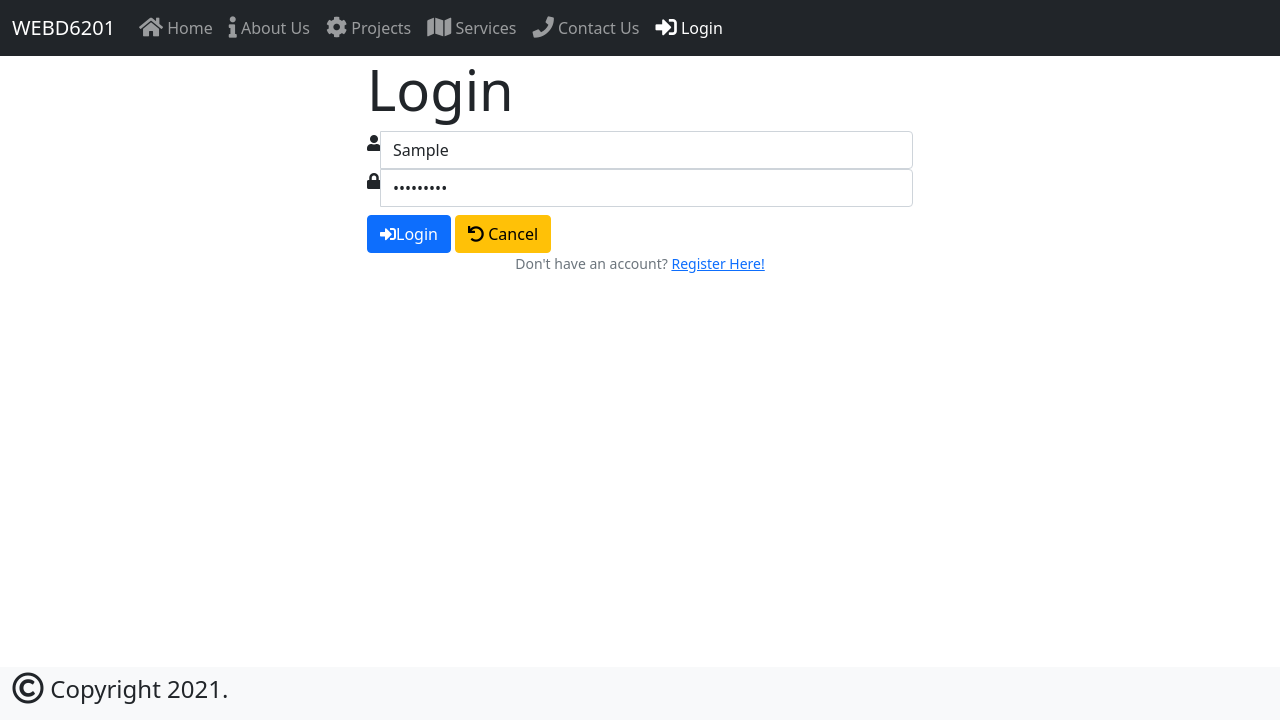
Repository: aphim/webd6201ICE6
Page: login.html
The author's editor kept a copy of each file at every save. The page is drawn from the files as they stood at one save, then again after the next save.
The browser window is 1280 px wide. The pictures show the whole page.
Empty fields were first filled with sample values (such as "Sample", 5 or name@example.com).
After loading, the first visible `#loginButton` was clicked once.

Above is the page before, as saved 2021-02-18 08:44:37.

### login.html
<!DOCTYPE html>
<html lang="en">
<head>
    <meta charset="UTF-8">
    <meta name="viewport" content="width=device-width, initial-scale=1.0">
    <title>Login</title>
    <!-- CSS Section -->
    <link rel="stylesheet" href="./node_modules/bootstrap/dist/css/bootstrap.min.css">
    <link rel="stylesheet" href="./node_modules/@fortawesome/fontawesome-free/css/all.min.css">
    <link rel="stylesheet" href="./Content/app.css">
</head>
<body>
    <!-- Main Header -->
    <header>
        <!-- Main Navigation -->
        <nav class="navbar navbar-expand-lg navbar-dark bg-dark">
            <div class="container-fluid">
              <a class="navbar-brand" href="index.html">WEBD6201</a>
              <button class="navbar-toggler" type="button" data-bs-toggle="collapse" data-bs-target="#navbarSupportedContent" aria-controls="navbarSupportedContent" aria-expanded="false" aria-label="Toggle navigation">
                <span class="navbar-toggler-icon"></span>
              </button>
              <div class="collapse navbar-collapse" id="navbarSupportedContent">
                <ul class="navbar-nav me-auto mb-2 mb-lg-0">
                  <li class="nav-item">
                    <a class="nav-link" aria-current="page" href="index.html"><i class="fas fa-home fa-lg"></i> Home</a>
                  </li>

                  <li class="nav-item">
                    <a class="nav-link" aria-current="page" href="about.html"><i class="fas fa-info fa-lg"></i> About Us</a>
                  </li>

                  <li class="nav-item">
                    <a class="nav-link" aria-current="page" href="projects.html"><i class="fas fa-cog fa-lg"></i> Projects</a>
                  </li>

                  <li class="nav-item">
                    <a class="nav-link" aria-current="page" href="services.html"><i class="fas fa-map fa-lg"></i> Services</a>
                  </li>

                  <li class="nav-item">
                    <a class="nav-link" aria-current="page" href="contact.html"><i class="fas fa-phone fa-lg"></i> Contact Us</a>
                  </li>
                  <li id="login" class="nav-item">
                    <a class="nav-link active" aria-current="page" href="login.html"><i class="fas fa-sign-in-alt fa-lg"></i> Login</a>
                  </li>
                </ul>
              </div>
            </div>
          </nav>
    </header>

    <!-- Main Content -->
    <main class="container" id="mainContent">
      <div class="row">
          <div class="offset-md-3 col-md-6 col-sm-12">
                <div class="login" id="contentArea">
                    <h1 class="display-4">Login</h1>
                    <div id="messageArea"></div>

                    <form id="loginForm" novalidate>
                      <div class="form-group">
                        <div class="input-group">
                          <span class="input-group-addon">
                            <i class="fa fa-user">
                            </i>
                          </span>
                          <input type="text" class="form-control" id="username" name="username"  required
                          value="" placeholder="Enter your username">
                        </div>

                      </div>

                      <div class="form-group mb-2">
                        <div class="input-group">
                          <span class="input-group-addon">
                            <i class="fa fa-lock">
                            </i>
                          </span>
                          <input type="password" class="form-control" id="password" name="password"  required
                          value="" placeholder="Enter your password">
                        </div>

                      </div>
                      <div class="text-right">
                        <button id="loginButton" type="button" class="btn btn-primary"><i class="fas fa-sign-in-alt"></i>Login</button>
                        <button id="cancelButton" type="button" class="btn btn-warning"><i class="fas fa-undo"></i> Cancel</button>
                      </div>
                    </form>

                </div>
                <p class="text-center text-muted small">
                  Don't have an account?
                  <a href="register.html">Register Here!</a>
                </p>
          </div>
      </div>
  </main>

    <!-- Main Footer -->
    <footer>
        <nav class="navbar fixed-bottom navbar-light bg-light">
            <div class="container-fluid">
              <h4><i class="far fa-copyright fa-lg"></i> Copyright 2021.</h4>
            </div>
          </nav>
    </footer>

    <!-- Script Section-->
    <script src="./node_modules/jquery/dist/jquery.min.js"></script>
    <script src="./node_modules/bootstrap/dist/js/bootstrap.bundle.min.js"></script>

    <script src="./Scripts/namespace.js"></script>
    <script src="./Scripts/user.js"></script>
    <script src="./Scripts/app.js"></script>
</body>
</html>

### Scripts/namespace.js

//namespace core
let core;

### Scripts/user.js
"use strict";
// User Class

((core)=>{
  class User {
    // getters and setters
    get DisplayName()
    {
      return this.m_displayName;
    }

    set DisplayName(value)
    {
      this.m_displayName = value;
    }

    get EmailAddress()
    {
      return this.m_emailAddress;
    }

    set EmailAddress(value)
    {
      this.m_emailAddress = value;
    }

    get Username()
    {
      return this.m_username;
    }

    set Username(value)
    {
      this.m_username = value;
    }

    get Password()
    {
      return this.m_password;
    }

    set Password(value)
    {
      this.m_password = value;
    }

    // constructor

    /**
     * Creates an instance of User
     * @param {*} [displayName=""]
     * @param {*} [emailAddress=""]
     * @param {*} [username=""]
     * @param {*} [password=""]
     */
    constructor(displayName = "",  emailAddress = "", username = "", password = "")
    {
      this.DisplayName = displayName;
      this.EmailAddress = emailAddress;
      this.Username = username;
      this.Password = password;
    }

    // methods

    /**
     * This method overrides the built-in toString method for the User class
     *
     * @returns {string}
     */
    toString()
    {
      return `Display Name     : ${this.DisplayName} \nEmail Address : ${this.EmailAddress} \nUsername : ${this.Username}`;
    }

    /**
     * This method returns a JSON object made up of the properties of the User class
     *
     * @returns {Object}
     */
    toJSON()
    {
      return {
        "DisplayName": this.DisplayName,
        "EmailAddress": this.EmailAddress,
        "Username": this.Username
      }
    }

    /**
     * This method user a JSON user into a data object
     * @param {object} data
     */
    fromJSON(data)
    {
      this.DisplayName = data.DisplayName;
      this.EmailAddress = data.EmailAddress;
      this.Username = data.Username;
      this.Password = data.Password;
    }

    /**
     * This method converts the User into a comma-separated value string
     *
     * @returns {string}
     */
    serialize()
    {
      if(this.DisplayName !== "" && this.EmailAddress !== "" && this.Username !== "")
      {
        return `${this.DisplayName},${this.EmailAddress},${this.Username}`;
      }
      else
      {
        console.error("One or more properties of the User is empty");
        return null;
      }
    }

    /**
     * This method takes a comma-separated data string and assigns the values to the User class properties
     *
     * @param {string} data
     * @return {void}
     */
    deserialize(data)
    {
      let propertyArray = data.split(",");
      this.DisplayName = propertyArray[0];
      this.EmailAddress = propertyArray[1];
      this.Username = propertyArray[2];
    }
  }

core.User = User;

})(core || (core={}));

### Scripts/app.js
/* custom JavaScript goes here */

//IIFE - Immediately Invoked Function Expression
//AKA - Anonymous Self-Executing Function
//Closure - limits scope leak

"use strict";

((core) =>
{
    function displayHome()
    {
        let paragraphOneText =
          "This is a simple site to demonstrate DOM Manipulation for ICE 1";

        let paragraphOneElement = document.getElementById("paragraphOne");

        paragraphOneElement.textContent = paragraphOneText;
        paragraphOneElement.className = "fs-5";

        // Step 1. document.createElement
        let newParagraph = document.createElement("p");
        // Step 2. configure the element
        newParagraph.setAttribute("id", "paragraphTwo");
        newParagraph.textContent = "...And this is paragraph two";
        // Step 3. select the parent element
        let mainContent = document.getElementsByTagName("main")[0];
        // Step 4. Add / Insert the element
        mainContent.appendChild(newParagraph);

        newParagraph.className = "fs-6";

        // another way of injecting content
        let paragraphDiv = document.createElement("div");
        let paragraphThree = `<p id="paragraphThree" class="fs-7 fw-bold">And this is the Third Paragraph</p>`;
        paragraphDiv.innerHTML = paragraphThree;

        // insertions

        // example of inserting before a node
        //newParagraph.before(paragraphDiv);

        // example of inserting after a node
        newParagraph.after(paragraphDiv);

        // deletions

        // example of removing a single element
        //paragraphOneElement.remove();

        // example of removeChild
        mainContent.removeChild(paragraphOneElement);

        // update / modification
        //mainContent.firstElementChild.textContent = "Welcome Home!";

        mainContent.innerHTML = `<h1 id="firstHeading">Welcome to WEBD6201 - Lab 1</h1>
         <p id="paragraphOne" class="fs-3 fw-bold">This is my first Paragraph</p>
        `;

    }

    function displayAbout()
    {

    }

    function displayProjects()
    {

    }

    function displayServices()
    {

    }

    function testFullName()
    {
      let messageArea = $("#messageArea").hide();
      let fullNamePattern = /([A-Z][a-z]{1,25})+(\s|,|-)([A-Z][a-z]{1,25})+(\s|,|-)*/;


        $("#fullName").on("blur", function()
        {
          if(!fullNamePattern.test($(this).val()))
          {
            $(this).trigger("focus").trigger("select");
            messageArea.show().addClass("alert alert-danger").text("Please enter a valid Full Name. This must include at least a Capitalized first name followed by a Capitlalized last name.");
          }
          else
          {
              messageArea.removeAttr("class").hide();
          }
        });
    }

    function testContactNumber()
    {
      let messageArea = $("#messageArea");
      let contactNumberPattern = /^(\+\d{1,2}\s)?\(?\d{3}\)?[\s.-]?\d{3}[\s.-]?\d{4}$/;

        $("#contactNumber").on("blur", function()
        {
          if(!contactNumberPattern.test($(this).val()))
          {
            $(this).trigger("focus").trigger("select");
            messageArea.show().addClass("alert alert-danger").text("Please enter a valid Contact Number. Country code and area code are both optional");
          }
          else
          {
              messageArea.removeAttr("class").hide();
          }
        });
    }

    function testEmailAddress()
    {
      let messageArea = $("#messageArea");
      let emailAddressPattern = /^([a-zA-Z0-9._%-]+@[a-zA-Z0-9.-]+\.[a-zA-Z]{2,6})*$/;

        $("#emailAddress").on("blur", function()
        {
          if(!emailAddressPattern.test($(this).val()))
          {
            $(this).trigger("focus").trigger("select");
            messageArea.show().addClass("alert alert-danger").text("Please enter a valid Email Address.");
          }
          else
          {
              messageArea.removeAttr("class").hide();
          }
        });
    }

    function formValidation()
    {
      testFullName();
      testContactNumber();
      testEmailAddress();
    }

    function displayContact()
    {
      // form validation
      formValidation();

        $("#sendButton").on("click", (event)=>
        {
          if($("#subscribeCheckbox")[0].checked)
          {
            let contact = new core.Contact(fullName.value, contactNumber.value, emailAddress.value);

            if(contact.serialize())
            {
              let key = contact.FullName.substring(0, 1) + Date.now();

              localStorage.setItem(key, contact.serialize());
            }
          }
        });
    }

    function displayContactList()
    {
      ////EXAMPLE of AJAX
      // //step 1: create an XHR object
      // let XHR = new XMLHttpRequest();

      // //step 2: open a connection to a file or url
      // XHR.open("GET", "./Data/contacts.json");

      // //step 3. send the request to the server
      // XHR.send();

      // //step 4. listen for the response and handle it
      // XHR.addEventListener("readystatechange", function()
      // {
      //   //step 5. Ensure the server is ready and there are no errors
      //   if(XHR.readyState === 4 && XHR.status === 200)
      //   {
      //     let contacts = JSON.parse(XHR.responseText).contacts;
      //     let contactData = "";
      //     let contactIndex = 1;
      //     //step 6. do something with the data (actions must be done inside the event listener)
      //     for (const contact of contacts)
      //     {

      //       let newContact = new core.Contact();
      //       newContact.fromJSON(contact);

      //       contactData += `<tr>
      //       <th scope="row" class="text-center">${contactIndex}</th>
      //       <td>${newContact.FullName}</td>
      //       <td>${newContact.ContactNumber}</td>
      //       <td>${newContact.EmailAddress}</td>
      //       <td class="text-center"><button value="${contactIndex}" class="btn btn-primary btn-sm edit"><i class="fas fa-edit fa-sm"></i> Edit</button></td>
      //       <td class="text-center"><button value="${contactIndex}" class="btn btn-danger btn-sm delete"><i class="fas fa-trash-alt fa-sm"></i> Delete</button></td>
      //       </tr>`;

      //       contactIndex++;
      //     }
      //   }

      // });


      if (localStorage.length > 0)
      {
        let contactList = document.getElementById("contactList");

        let data = "";

        let keys = Object.keys(localStorage);

        let index = 1;

        for (const key of keys)
        {
          let contactData = localStorage.getItem(key);

          let contact = new core.Contact();
          contact.deserialize(contactData);

          data += `<tr>
          <th scope="row" class="text-center">${index}</th>
          <td>${contact.FullName}</td>
          <td>${contact.ContactNumber}</td>
          <td>${contact.EmailAddress}</td>
          <td class="text-center"><button value="${key}" class="btn btn-primary btn-sm edit"><i class="fas fa-edit fa-sm"></i> Edit</button></td>
          <td class="text-center"><button value="${key}" class="btn btn-danger btn-sm delete"><i class="fas fa-trash-alt fa-sm"></i> Delete</button></td>
          </tr>`;

          index++;
        }

        contactList.innerHTML = data;

        $("button.edit").on("click", function(){
          location.href = "edit.html#" + $(this).val();
         });

         $("button.delete").on("click", function(){
           if(confirm("Are you sure?"))
           {
            localStorage.removeItem($(this).val());
           }
           location.href = "contact-list.html"; // refresh the page
         });

         $("#addButton").on("click", function()
         {
          location.href = "edit.html";
         });
      }
    }

    function displayEdit()
    {
      let key = location.hash.substring(1);

      let contact = new core.Contact();

      // check to ensure that the key is not empty
      if(key != "")
      {
        // get contact info from localStorage
        contact.deserialize(localStorage.getItem(key));

        // display contact information in the form
        $("#fullName").val(contact.FullName);
        $("#contactNumber").val(contact.ContactNumber);
        $("#emailAddress").val(contact.EmailAddress);
      }
      else
      {
        // modify the page so that it shows "Add Contact" in the header
        $("main>h1").text("Add Contact");
        // modify edit button so that it shows "Add" as well as the appropriate icon
        $("#editButton").html(`<i class="fas fa-plus-circle fa-lg"></i> Add`);
      }

      // form validation
      formValidation();

     $("#editButton").on("click", function()
        {
            // check to see if key is empty
          if(key == "")
          {
            // create a new key
            key = contact.FullName.substring(0, 1) + Date.now();
          }

          // copy contact info from form to contact object
          contact.FullName = $("#fullName").val();
          contact.ContactNumber = $("#contactNumber").val();
          contact.EmailAddress = $("#emailAddress").val();

          // add the contact info to localStorage
          localStorage.setItem(key, contact.serialize());

          // return to the contact list
          location.href = "contact-list.html";

        });


      $("#cancelButton").on("click", function()
      {
        // return to the contact list
        location.href = "contact-list.html";
      });
    }

    function displayLogin()
    {
      let messageArea = $("#messageArea");
      messageArea.hide();

      $("#loginButton").on("click", function()
      {

        let username = $("#username");
        let password = $("#password");
        let success = false;

        //use ajax to access the json file
        $.get("./Data/users.json", function(data)
        {
          //check each user in the user.json file
          for(const user of data.users)
          {
            if(username.val() == user.Username && password.val() == user.Password)
            {
              success = true;
              break;
            }
          }
          //if username and password matches - success
          if(success)
          {
            //add user to session storage

            //redirect user to secure area

          }
          else
          {
            //display an error message

          }
        });
      });

      $("#cancelButton").on("click", function()
      {
        document.forms[0].reset();
        // return to the contact list
        location.href = "index.html";
      });
    }

    function displayRegister()
    {

    }

    function Start()
    {
        console.log("App Started...");

        switch (document.title)
        {
          case "Home":
              displayHome();
            break;
          case "About":
              displayAbout();
            break;
          case "Projects":
              displayProjects();
            break;
          case "Services":
              displayServices();
            break;
          case "Contact":
              displayContact();
            break;
          case "Contact-List":
            displayContactList();
            break;
          case "Edit":
            displayEdit();
            break;
          case "Login":
            displayLogin();
          break;
          case "Register":
            displayRegister();
          break;
        }

    }

    window.addEventListener("load", Start);

    core.Start = Start;

})(core || (core={}));

### Data/users.json
{
    "users":
    [
        {
            "DisplayName": "Redd Bul",
            "EmailAddress":"givenwings@example.com",
            "Username": "reddbul",
            "Password": "123456"
        },
        {
            "DisplayName": "Mona Sterr",
            "EmailAddress":"gamer@example.com",
            "Username": "monasterr",
            "Password": "123456"
        },
        {
            "DisplayName": "Admin",
            "EmailAddress":"admin@example.com",
            "Username": "admin",
            "Password": "123456"
        }
    ]

}

Loaded but not shown: node_modules/bootstrap/dist/css/bootstrap.min.css (library); node_modules/@fortawesome/fontawesome-free/css/all.min.css (library); Content/app.css (common file); node_modules/jquery/dist/jquery.min.js (library); node_modules/bootstrap/dist/js/bootstrap.bundle.min.js (library)

After the next save:
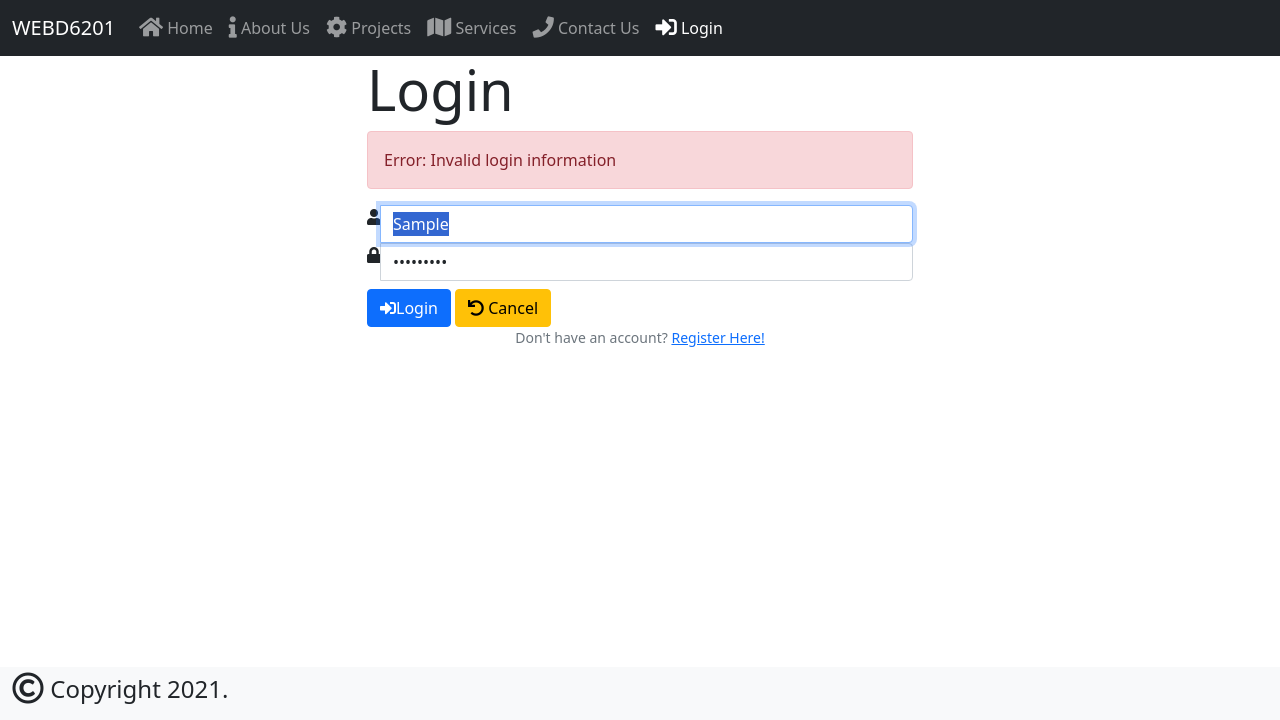
Saved 114 s later.
--- a/Scripts/app.js
+++ b/Scripts/app.js
@@ -342,13 +342,15 @@
           {
             //add user to session storage
 
+            messageArea.removeAttr();
             //redirect user to secure area
 
           }
           else
           {
             //display an error message
-
+            username.trigger("focus").trigger("select");
+            messageArea.show().addClass("alert alert-danger").text("Error: Invalid login information");
           }
         });
       });
